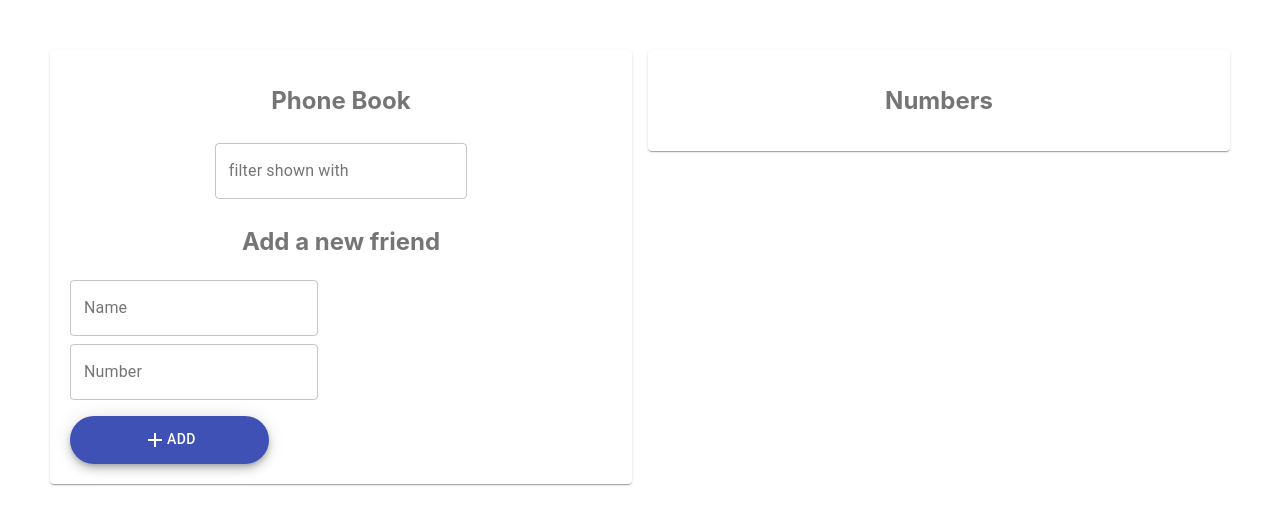
Repository: StacyLafume/phone-book
Page: / (app in phone-book/)
An editor plug-in stored every save of this project. The page is shown before and after the next save, followed by the edit.
The browser window is 1280 px wide. The pictures show the whole page.
The page's requests for data from a server got no answer. The project was rebuilt for these pictures with package versions that can differ from the ones it lists, and the page was loaded fresh each time. No one was signed in, and anything a server would have sent is missing. Also part of the build but not shown: phone-book/src/PhoneBook.js.

Above is the page before, as saved 2021-04-01 19:27:57.

After the next save:
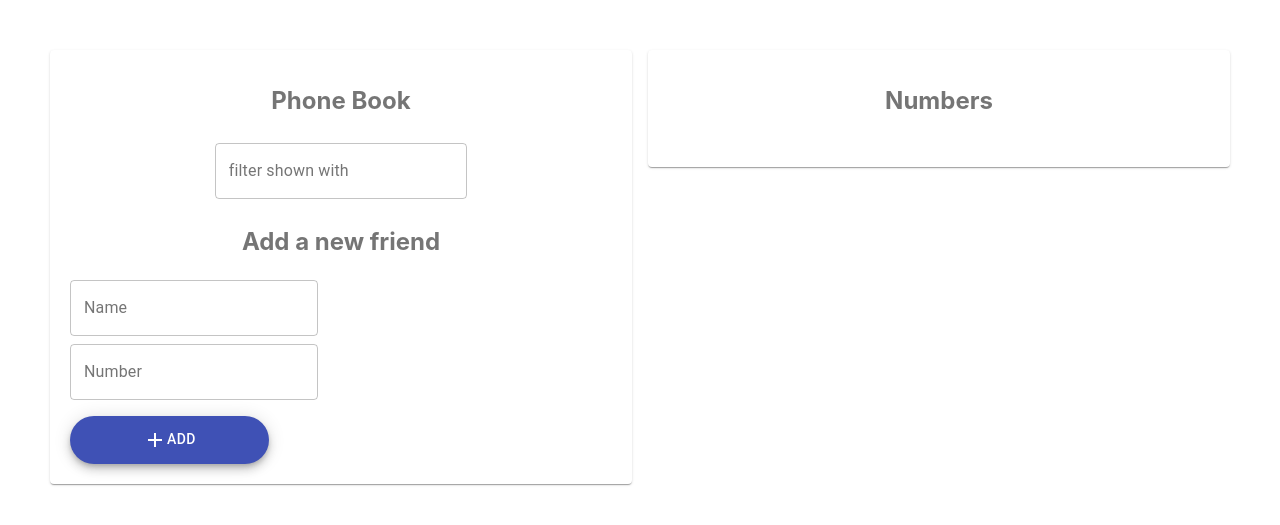
Saved 5 min 21 s later.
--- a/phone-book/src/App.js
+++ b/phone-book/src/App.js
@@ -9,6 +9,7 @@ import { makeStyles } from '@material-ui/core/styles';
 import Paper from '@material-ui/core/Paper';
 import Grid from '@material-ui/core/Grid';
 import Box from '@material-ui/core/Box';
+import List from '@material-ui/core/List';
 
 
 const App = () => {
@@ -203,13 +204,13 @@ const App = () => {
         <Grid item xs={6}>
           <Paper className={classes.paper}>
             <h2>Numbers</h2>
-            <ul>
+            <List>
               <PhoneBook
                 persons={persons}
                 showFilter={showFilter}
                 removeEntry={removeEntry}
               />
-            </ul>
+            </List>
           </Paper>
         </Grid>
       </Grid>
